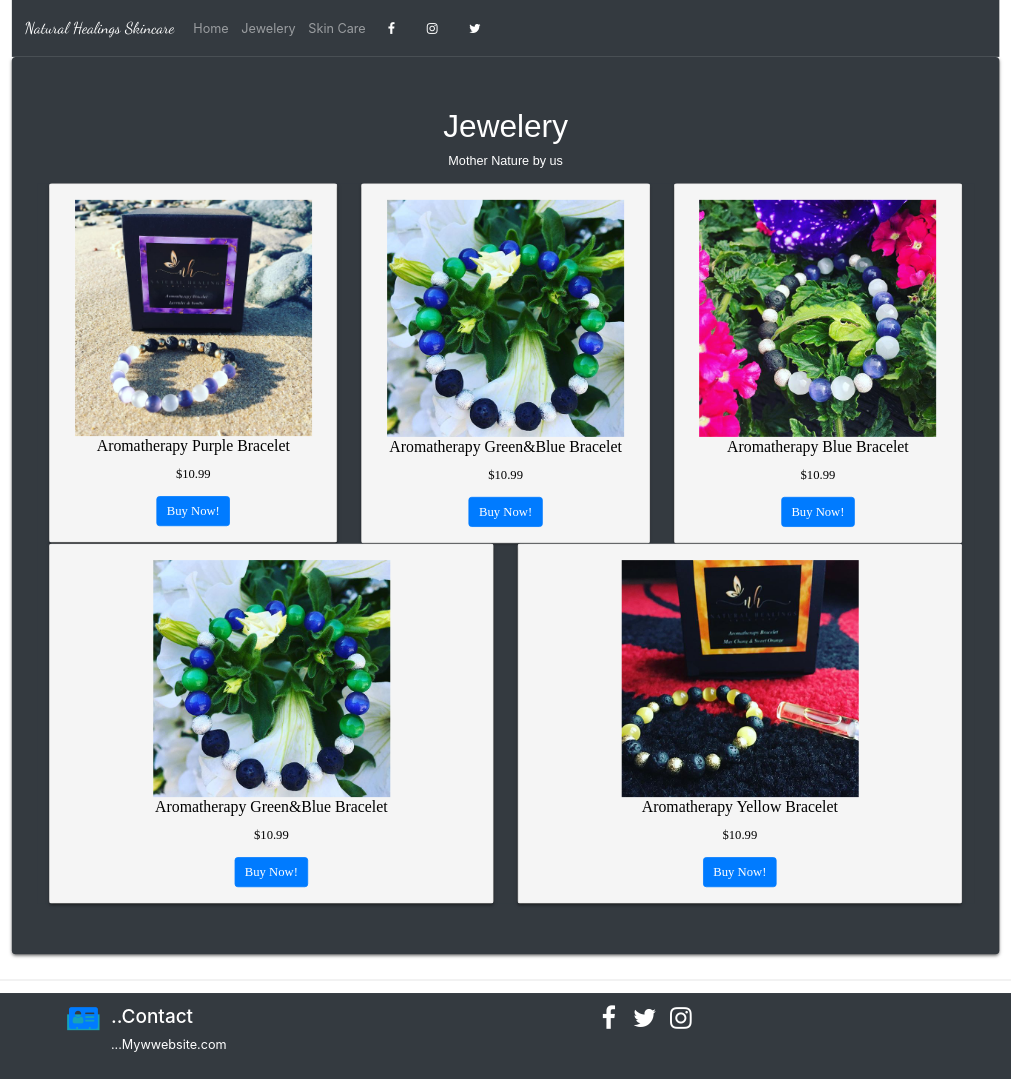
Repository: aliciarawlings/first-milestone
Page: jewelery.html
The author's editor kept a record of every edit. The page is drawn from the files as they stood at one moment, then again after the next edit.
The browser window is 1280 px wide. The pictures show the whole page, at 79% of full size.
Some web fonts or font styles are not loaded; a fallback is used.

Above is the page before.

After the next edit:
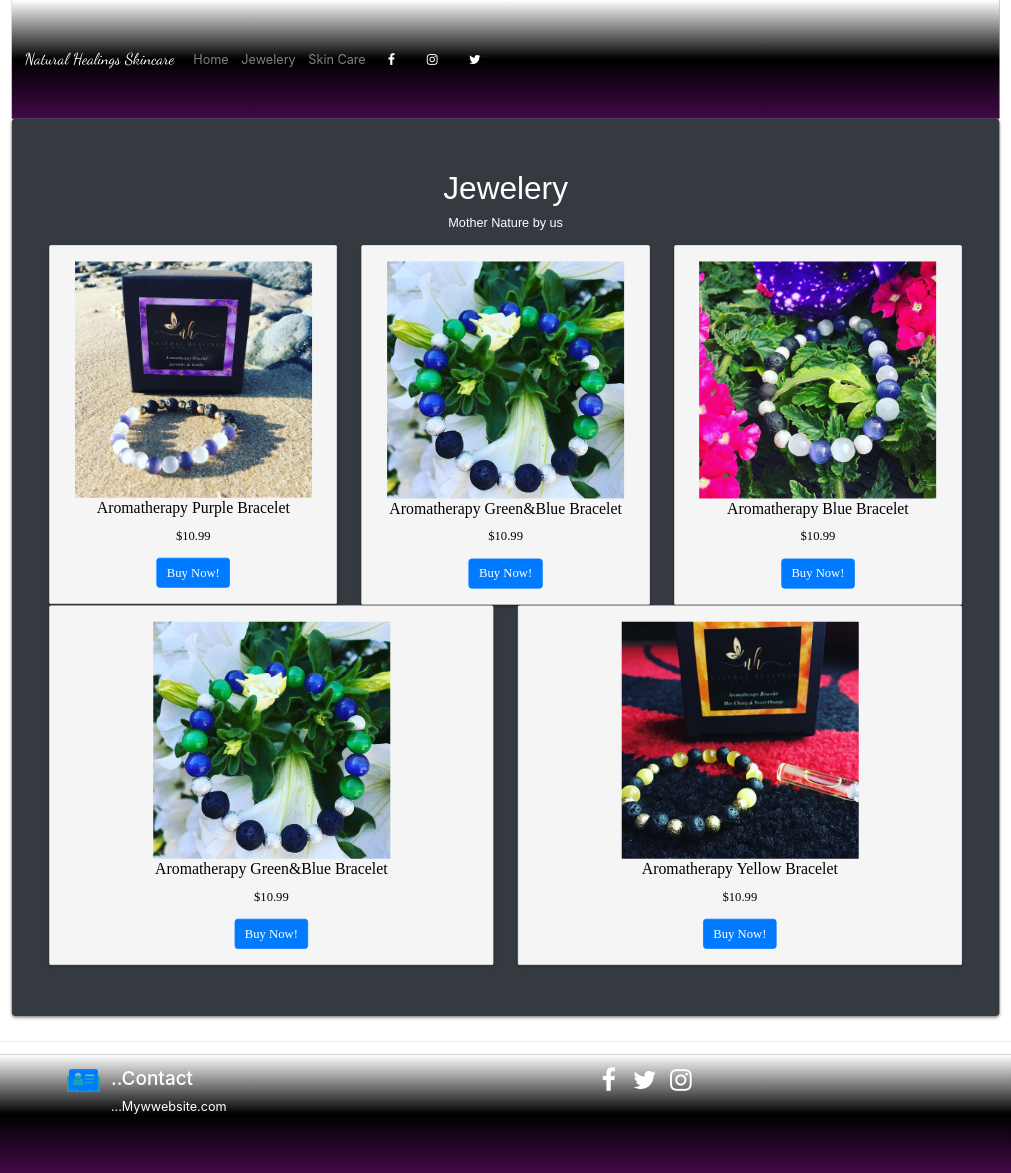
The edit:
--- a/assets/css/main.css
+++ b/assets/css/main.css
@@ -14,8 +14,17 @@
 
 }
 -*/
+.grad{
+  height:150px;
+  background-image:linear-gradient(white,black,#410947);
+}
 
 
+
+.grad{
+  height:150px;
+  background-image:linear-gradient(white,black,#410947);
+}
 .social{
   color:white;
   padding:20px;
